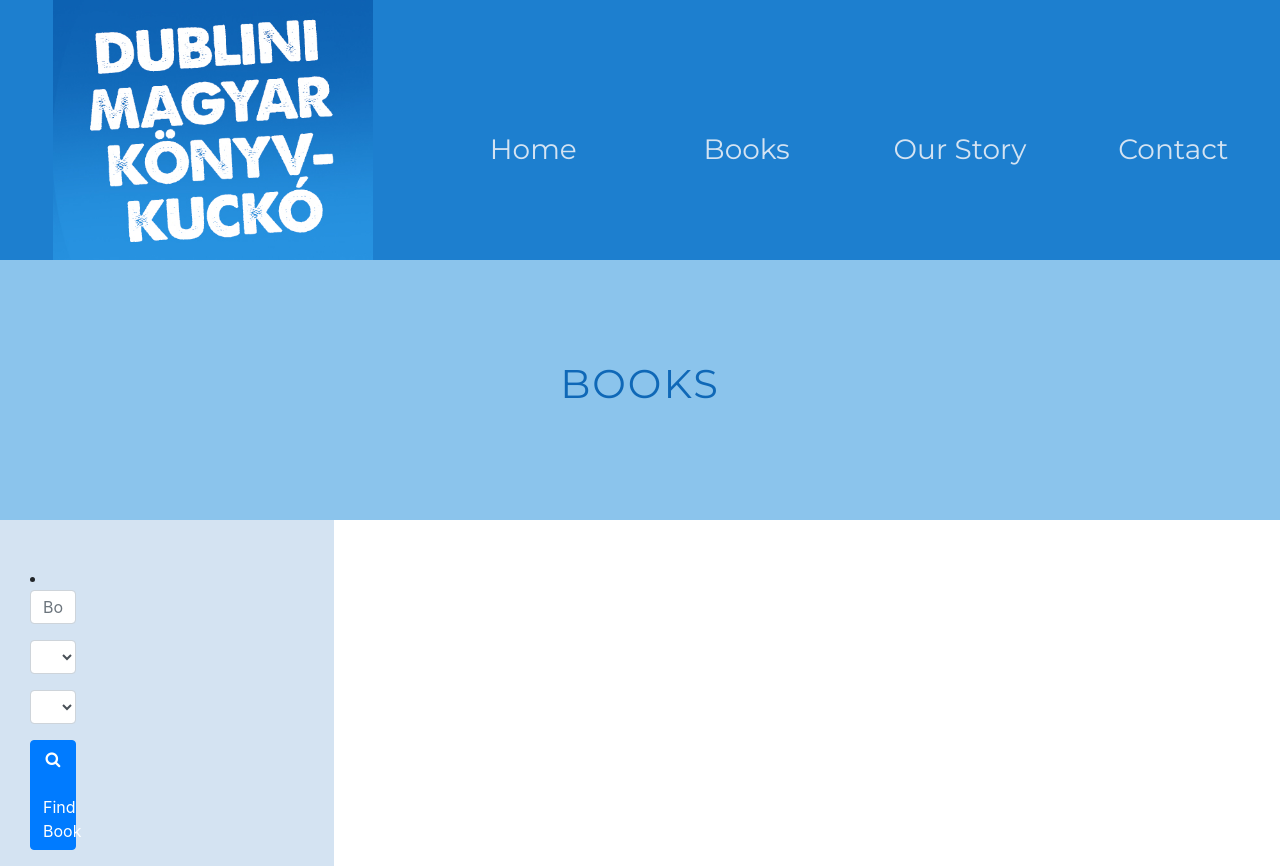
Repository: taikatta/Konyvkucko
Page: books.html
The author's editor kept a record of every edit. The page is drawn from the files as they stood at one moment, then again after the next edit.
The browser window is 1280 px wide. The pictures show the whole page.

Above is the page before.

### books.html
<!DOCTYPE html>
<html lang="en">

<head>
    <meta charset="UTF-8">
    <meta name="viewport" content="width=device-width, initial-scale=1.0">
    <meta http-equiv="X-UA-Compatible" content="ie=edge">
    <link rel="stylesheet" href="https://stackpath.bootstrapcdn.com/bootstrap/4.3.1/css/bootstrap.min.css" type="text/css" />
    <link rel="stylesheet" href="https://stackpath.bootstrapcdn.com/font-awesome/4.7.0/css/font-awesome.min.css" type="text/css" />
    <link rel="stylesheet" href="css/style.css" type="text/css" />
    <title>Dublini Magyar Könyvkuckó</title>
</head>

<body>
    <header>
        <div class="row no-gutters">
            <a class="col-md-4 logo" href="index.html">

            </a>
            <div class="col-md-8">

                <div class="row no-gutters">
                    <div class="col">
                        <ul id="nav" class="list-inline menucontainer">
                            <li class="col-6 col-sm-3 list-inline-item menuitem">
                                <a href="index.html"><span>Home</span></a>
                            </li>
                            <li class="col-6 col-sm-3 list-inline-item menuitem">
                                <a href="books.html"><span>Books</span></a>
                            </li>
                            <li class="col-6 col-sm-3 list-inline-item menuitem">
                                <a href="ourstory.html"><span>Our Story</span></a>
                            </li>
                            <li class="col-6 col-sm-3 list-inline-item menuitem">
                                <a href="contact.html"><span>Contact</span></a>
                            </li>
                        </ul>

                    </div>

                </div>

            </div>
            <div class="page-title">
                <h1> Books </h1>
            </div>

            <div class="book-search">
                <div class="container">
                    <form class method="get" action="books.html/">
                        <div class="row">
                            <div class="col">
                                <ul class="form-group">


                                </ul>



                                <li class="col-sm-6 col-md-3">
                                    <div class="form-group">
                                        <input name="s" value type="text" class="form-control" id="keyboard" placeholder="Book Title">
                                    </div>
                                </li>
                                <div class="col-sm-6 col-md-3">
                                    <div class="form-group">
                                        <select name="product_cat" id="product_cat" class="form-control">
                                        <option value="0">Age Category</option>
                                        <option class="level-0" value="0-3">0 - 3 years old</option>
                                        <option class="level-1" value="2-5">2 - 5 years old</option>
                                    </select>
                                    </div>
                                </div>
                                <div class="col-sm-6 col-md-3">
                                    <div class="form-group">
                                        <select name="book_author" id="book-author" class="form-control">
                                        <option value="0">Book Author</option>
                                        <option class="level-0" value="BergJ">Berg Judit</option>
                                        <option class="level-1" value="AgocsI">Agocs Irisz</option>
                                        <option class="level-2" value="MarekV">Marek Veronika</option>
                                        <option class="level-3" value="VarroD">Varro Daniel</option>
                                    </select>
                                    </div>
                                </div>
                                <div class="col-sm-6 col-md-3">
                                    <div class="form-group">
                                        <input type="hidden" name="post_type" value="product">
                                        <button type="submit" class="btn btn-primary btn-block">
                                        <i class="fa fa-search"></i>
                                        &nbsp;
                                        Find Book

                                    </button>
                                    </div>
                                </div>
                            </div>
                        </div>
                    </form>
                </div>
            </div>

        </div>
    </header>
    <section>

    </section>
    <footer>

    </footer>

</body>

</html>

### css/style.css
@import url('https://fonts.googleapis.com/css?family=Montserrat&display=swap:100, 200, 300, 400, 500, 600, 700');

/*--------------------------------------------Colors*/



/*--------------------------------------------Heading*/

header {
    margin: 0;
}

.heading {
    margin-left: 50px;
}

.logo {
    background: url("../images/logo.jpg");
    background-position: center;
    background-repeat: no-repeat;
    background-size: 75%;
    min-height: 260px;
    background-color: #1d7fcf;
}

.list-inline-item:not(:last-child) {
    margin: 0;
}

.menucontainer {
    font-size: 0;
    background-color: #1d7fcf;
    min-height: 260px;
}

.menuitem a {
    width: 100%;
    text-decoration: none;
}

#nav li {
    font-family: "Montserrat", sans-serif;
    font-weight: 200;
    font-size: 28px;
    margin-top: 15%;
    margin-bottom: 90px;
    text-align: center;

}

#nav span {
    color: #d4e3f2;
}

#nav {
    margin: 0;
}

.page-title {
    font-family: "Montserrat", sans-serif;
    font-weight: 200;
    font-size: 28px;
    color: #0f68b7;
    background-color: #8bc4ec;
    min-height: 260px;
    width: 100%;
    text-transform: uppercase;
    letter-spacing: 2px;
}

.page-title h1 {
    margin-top: 100px;
    text-align: center;
}

.book-search {
    padding-top: 30px;
    background-color: #d4e3f2;
}

.container {
    margin-right: auto;
    margin-left: auto;
    padding-left: 15px;
    padding-right: 15px;
}

form {
    display: block;
    margin-top: 0em;
}

.form-control {
    display: block;
    width: 100%;
    height: 34px;
}

option {
    display: block;
    min-height: 1.2em;
}

After the next edit:
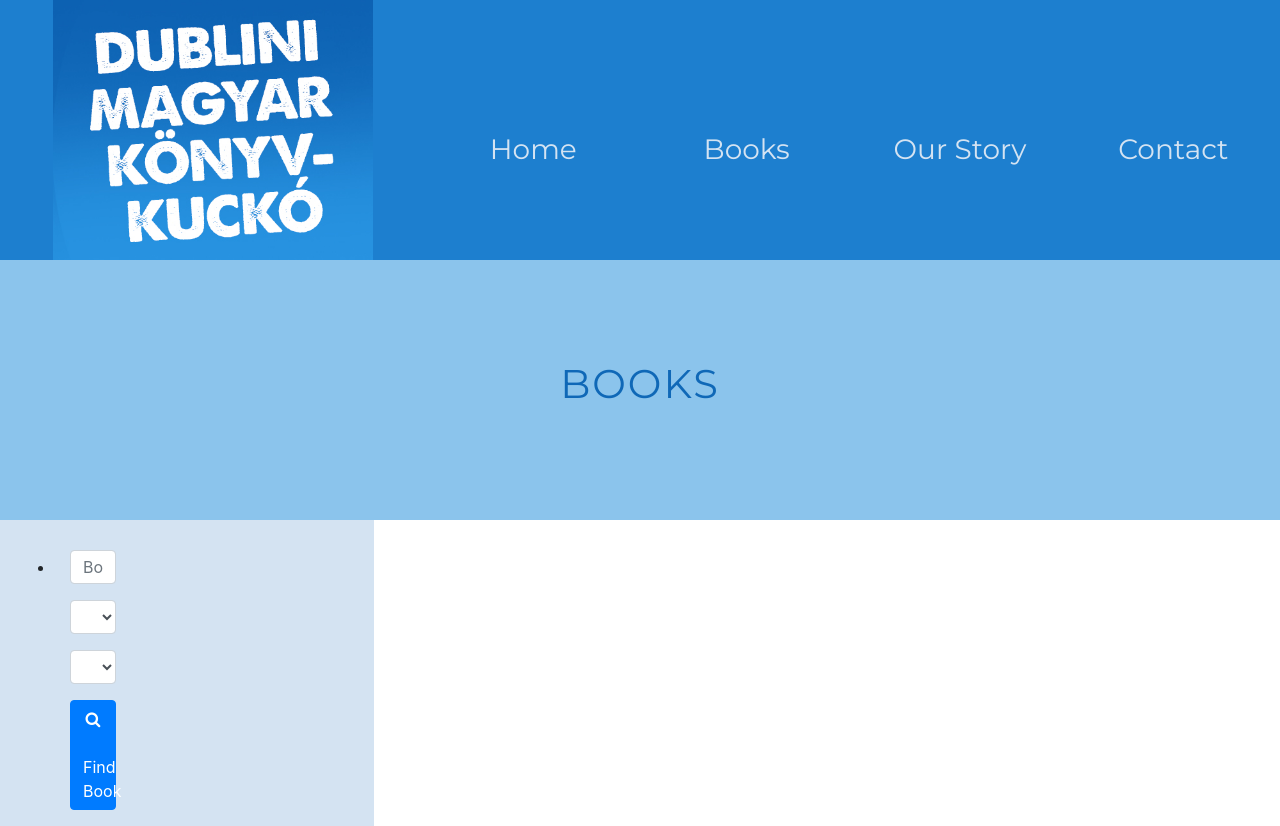
The edit:
--- a/books.html
+++ b/books.html
@@ -53,7 +53,7 @@
                                 <ul class="form-group">
 
 
-                                </ul>
+
 
 
 
